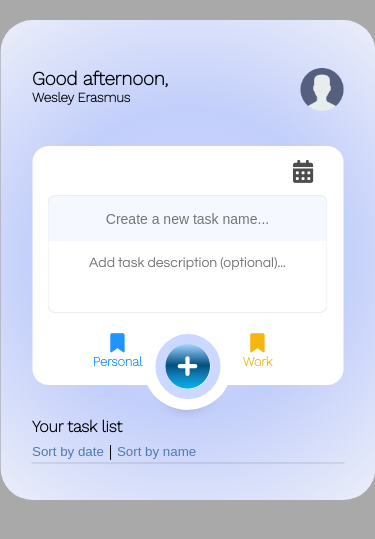
Repository: WesleyErasmus/Todo-App
Page: todoApp.html
The author's editor kept a copy of each file at every save. The page is drawn from the files as they stood at one save, then again after the next save.
The browser window is 375 px wide. The pictures show the whole page.
Some web libraries are served in a nearby version.

Above is the page before, as saved 2022-06-25 11:59:55.

After the next save:
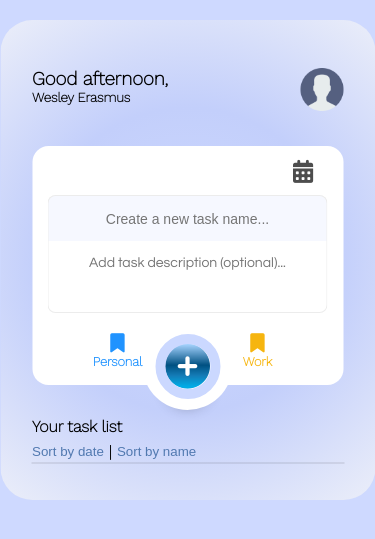
Saved 10 s later.
--- a/source/css/todoApp.css
+++ b/source/css/todoApp.css
@@ -687,7 +687,7 @@ Task title, Task description, Show description button */
 @media only screen and (max-width: 400px) {
 
   body {
-    background-color: #a9a9a9;
+    background: var(--background);
   }
 
   main {
